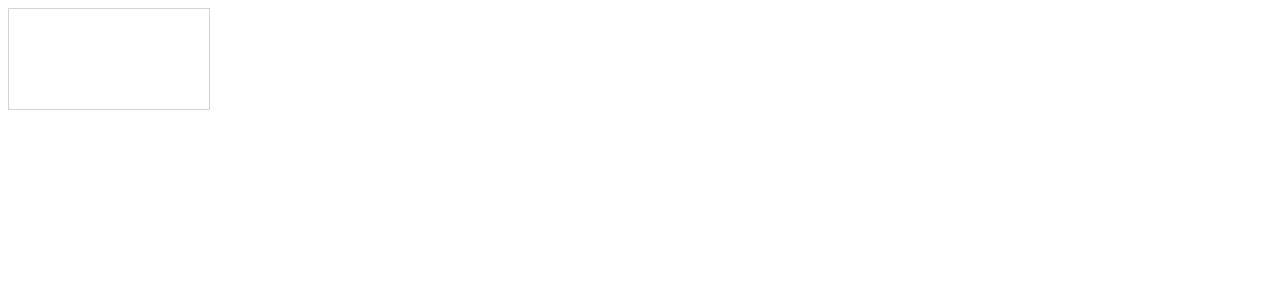
Repository: SonPhamThe/C0622G1-PhamTheSon
Page: ss1-sudungthehtmlcoban/baitap.html
The author's editor kept a copy of each file at every save. The page is drawn from the files as they stood at one save, then again after a run of saves.
The browser window is 1280 px wide. The pictures show the whole page.

Above is the page before, as saved 2022-07-19 09:15:16.
Console error: TypeError: Cannot read properties of null (reading 'getContext')

### ss1-sudungthehtmlcoban/baitap.html
<!DOCTYPE html>
<html lang="en">
  <head>
    <title>HyperText Markup Language</title>
  </head>
  <body>
    <canvas
      id="myCanvas"
      width="200"
      height="100"
      style="border: 1px solid #d3d3d3"
    >
      Your browser does not support the HTML5 canvas tag.</canvas
    >
    <script>
      var canvas = document.getElementById("canvas");
      if (canvas.getContext) {
        var ctx = canvas.getContext("2d");
        ctx.fillStyle = "rgb(255,0,0)";
        ctx.fillRect(0, 0, 500, 300);
        ctx.beginPath();
        ctx.fillStyle = "yellow";
        ctx.moveTo(250, 80);
        ctx.lineTo(200, 200);
        ctx.lineTo(320, 125);
        ctx.lineTo(180, 125);
        ctx.lineTo(300, 200);
        ctx.lineTo(250, 80);
        ctx.closePath();
        ctx.fill();
      }
    </script>
  </body>
</html>

After the next 2 saves:
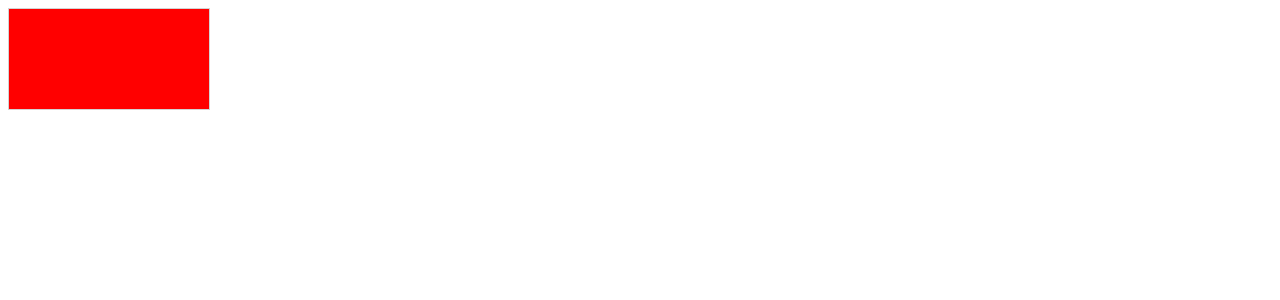
The error is gone.
The 2 saves are shown as one change because they came seconds apart.
The last was saved 18 s later.
--- a/ss1-sudungthehtmlcoban/baitap.html
+++ b/ss1-sudungthehtmlcoban/baitap.html
@@ -13,7 +13,7 @@
       Your browser does not support the HTML5 canvas tag.</canvas
     >
     <script>
-      var canvas = document.getElementById("canvas");
+      var canvas = document.getElementById("myCanvas");
       if (canvas.getContext) {
         var ctx = canvas.getContext("2d");
         ctx.fillStyle = "rgb(255,0,0)";
